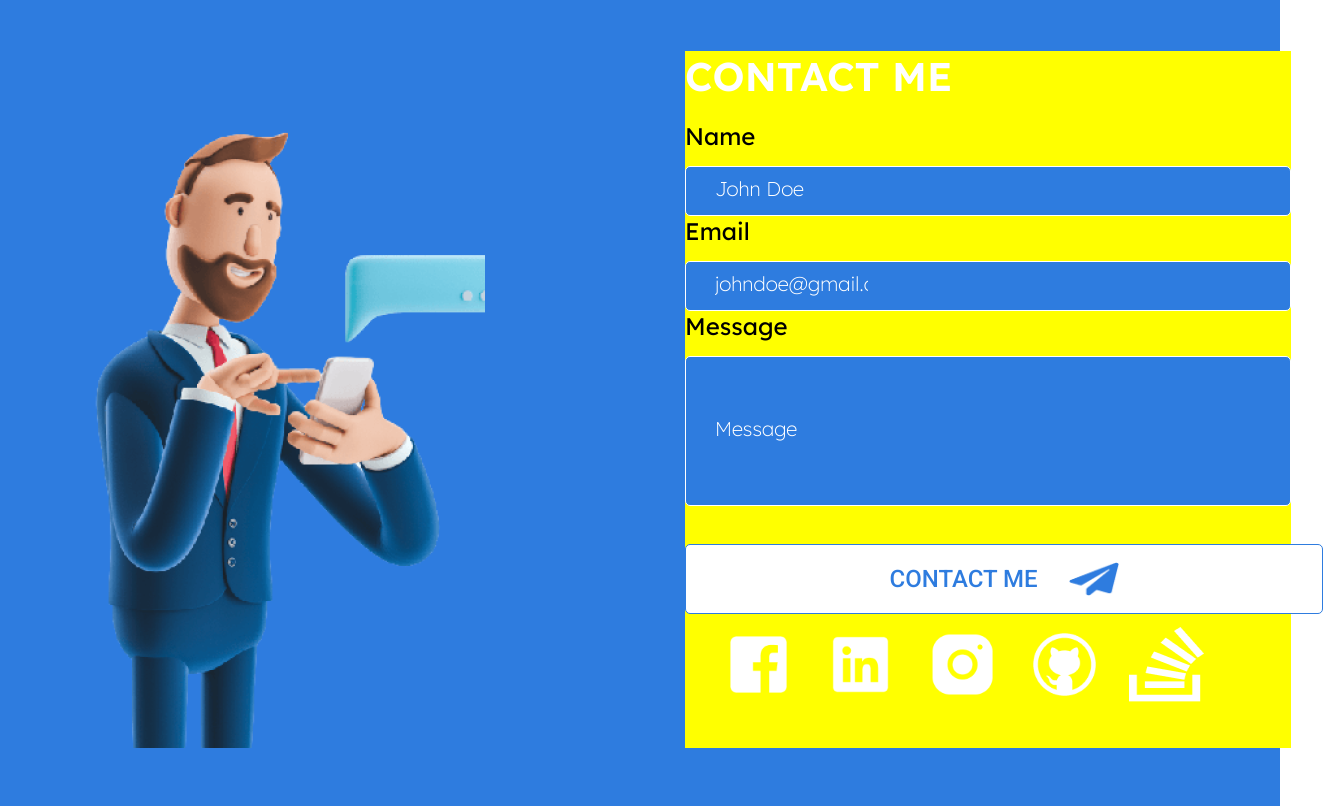
Repository: SabrinaSeydaliyeva/Task10
Page: index.html
These files come from the project's save history. The page is drawn as it stood at one moment and after the next save; the edit follows.
The browser window is 1280 px wide. The page is 1323 px wide, so the pictures cover 1323 px, including what lies to the right of the window. The pictures show the whole page.

Above is the page before, as saved 2023-06-01 16:28:06.

After the next save:
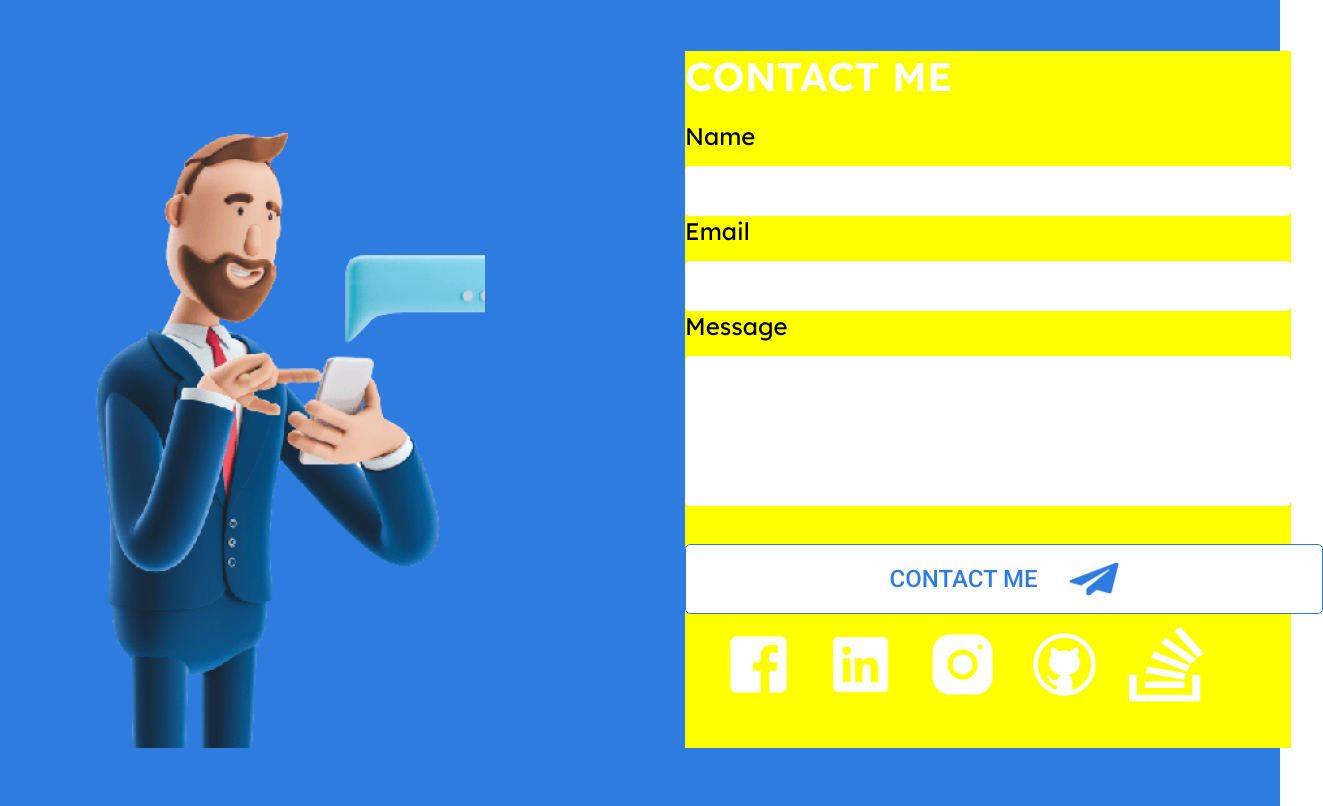
Saved 18 s later.
--- a/index.css
+++ b/index.css
@@ -55,7 +55,7 @@ input {
     margin-top: 15px;
     width: 100%;
     height: 50px;
-    background: #2E7CDF;
+    /* background: #2E7CDF; */
     border: 1px solid #FFFFFF;
     border-radius: 5px;
     padding: 13px 422px 12px 29px;
